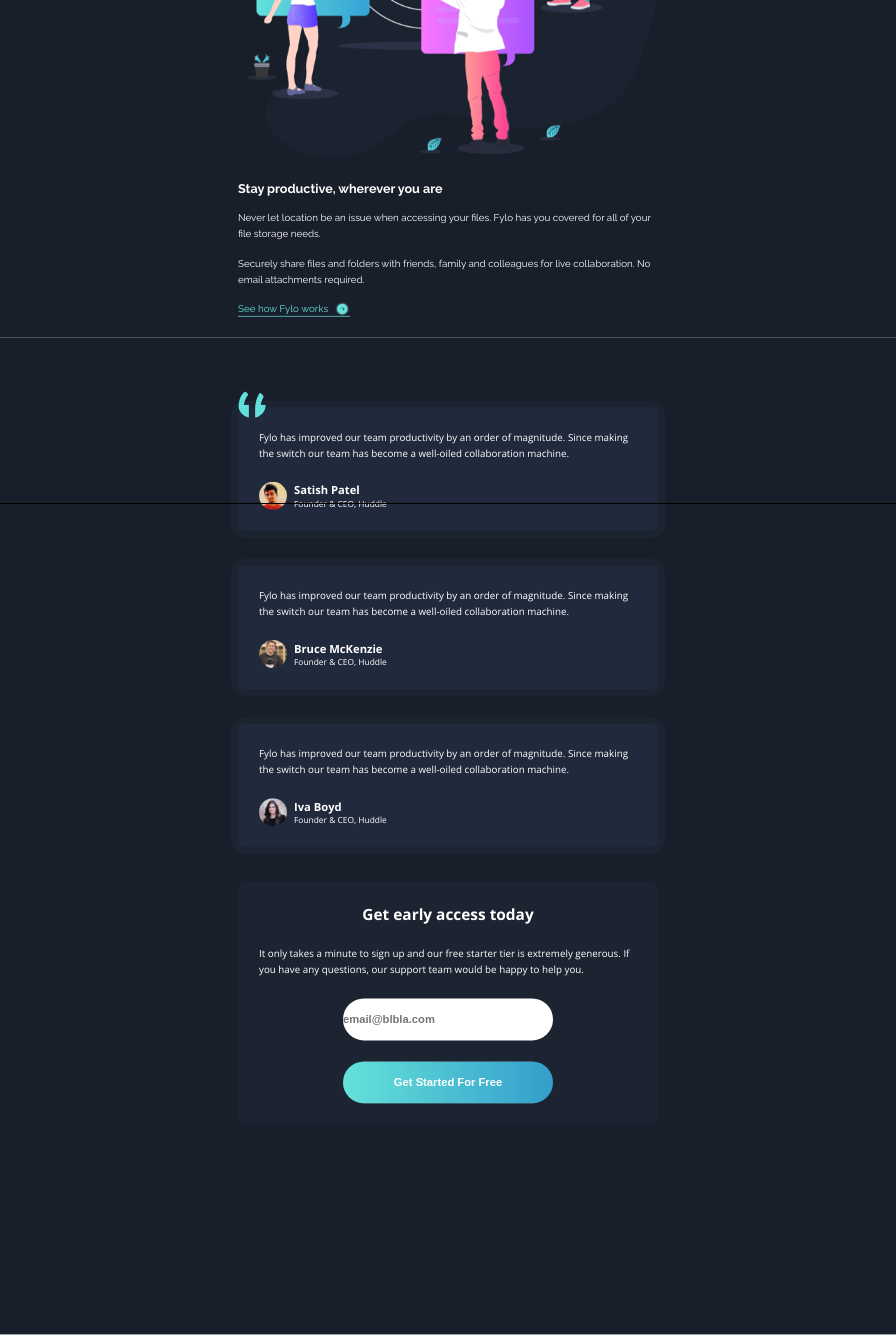
Repository: tomas938/fylo-dark-theme-landing-page-master
Page: index.html
The author's editor kept a copy of each file at every save. The page is drawn from the files as they stood at one save, then again after the next save.
The browser window is 1280 px wide. The pictures show the part of the page from y = 2186 to 4106 px (the page is 4106 px tall before and 3800 px after), at 70% of full size.
The style sheet was rebuilt from its Sass, Less or Tailwind sources for each picture, by a compiler version that may differ from the author's.

Above is the page before, as saved 2021-08-05 17:08:34.

After the next save:
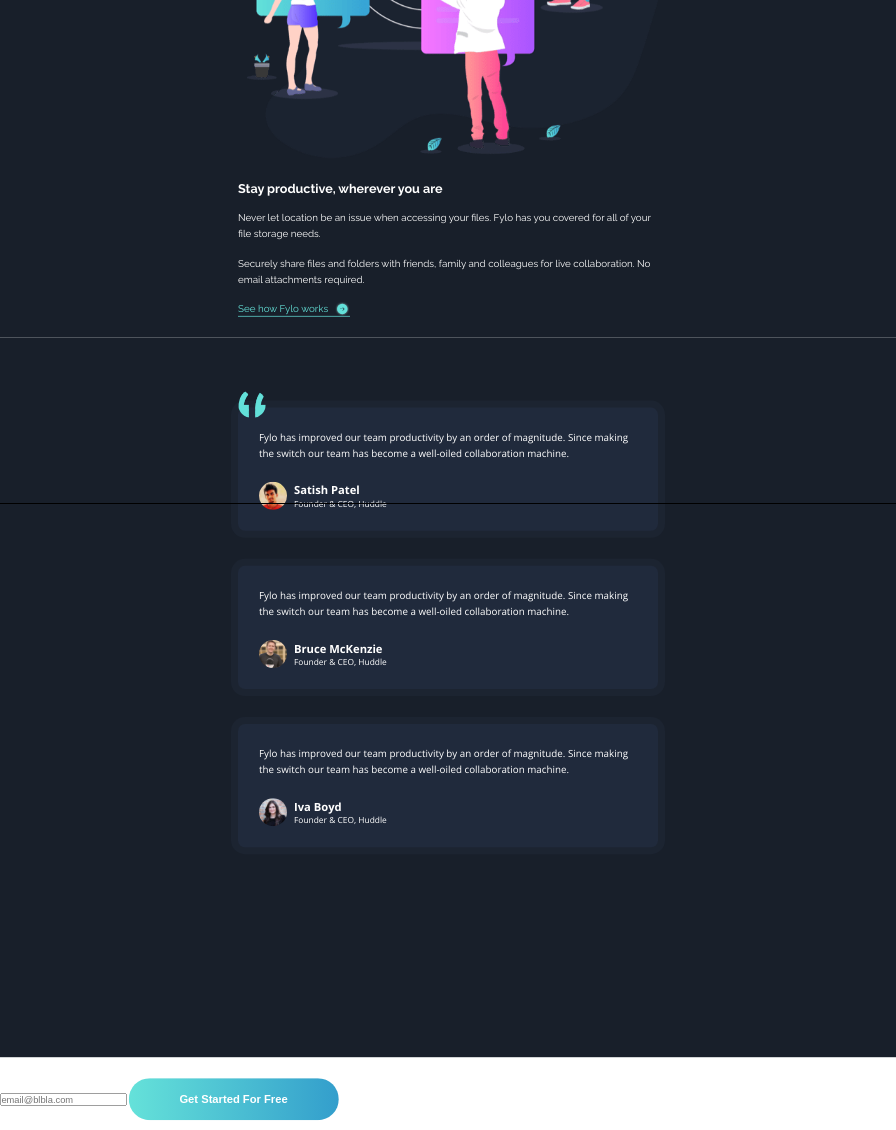
Saved 60 s later.
--- a/index.html
+++ b/index.html
@@ -123,16 +123,18 @@
         </div>
       </div>
       </div>
-	  <div class="contact">
-		  <h3>Get early access today</h3>
-		  <p>	 It only takes a minute to sign
-		up and our free starter tier is extremely generous. If you have any
-		questions, our support team would be happy to help you.</p>
-		<input type="text" placeholder="email@blbla.com">
-		<button class="blue-rounded ">Get Started For Free</button>
-	  </div>
     </section>
+	<div class="contact">
 
+		<div class="contact">
+			<h3>Get early access today</h3>
+			<p>	 It only takes a minute to sign
+		  up and our free starter tier is extremely generous. If you have any
+		  questions, our support team would be happy to help you.</p>
+		  <input type="text" placeholder="email@blbla.com">
+		  <button class="blue-rounded ">Get Started For Free</button>
+		</div>
+	</div>
 
 
 		Lorem ipsum dolor sit amet, consectetur adipiscing elit, sed do eiusmod
